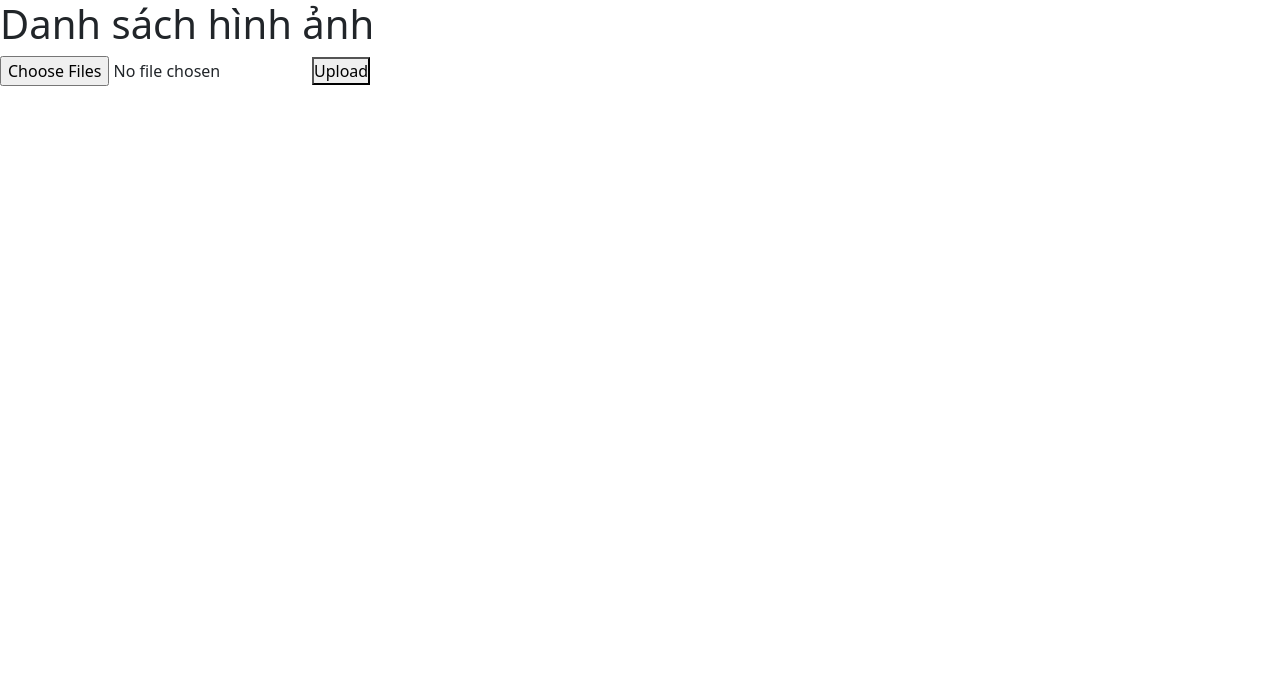
Repository: TinhTT336/MD02_Session14
Page: / (app in client/)
The author's editor kept a copy of each file at every save. The page is drawn from the files as they stood at one save, then again after the next save.
The browser window is 1280 px wide. The pictures show the whole page.
The page's requests for data from a server got no answer. The project was rebuilt for these pictures with package versions that can differ from the ones it lists, and the page was loaded fresh each time. No one was signed in, and anything a server would have sent is missing. Also part of the build but not shown: client/vite.config.js, client/src/components/register/RegisterWithImg.jsx, client/src/index.css.

Above is the page before, as saved 2023-09-14 11:09:30.

### client/index.html
<!DOCTYPE html>
<html lang="en">
  <head>
    <meta charset="UTF-8" />
    <link rel="icon" type="image/svg+xml" href="/vite.svg" />
    <meta name="viewport" content="width=device-width, initial-scale=1.0" />
    <title>Vite + React</title>
    <link
      href="https://cdn.jsdelivr.net/npm/bootstrap@5.0.2/dist/css/bootstrap.min.css"
      rel="stylesheet"
      integrity="sha384-EVSTQN3/azprG1Anm3QDgpJLIm9Nao0Yz1ztcQTwFspd3yD65VohhpuuCOmLASjC"
      crossorigin="anonymous"
    />
    <link
      rel="stylesheet"
      href="https://cdnjs.cloudflare.com/ajax/libs/font-awesome/6.4.2/css/all.min.css"
      integrity="sha512-z3gLpd7yknf1YoNbCzqRKc4qyor8gaKU1qmn+CShxbuBusANI9QpRohGBreCFkKxLhei6S9CQXFEbbKuqLg0DA=="
      crossorigin="anonymous"
      referrerpolicy="no-referrer"
    />
  </head>
  <body>
    <div id="root"></div>
    <script type="module" src="/src/main.jsx"></script>
  </body>
</html>

### client/src/App.jsx

import './App.css'
import UploadSingleFile from './components/UploadSingleFile'
import Register from './components/register/Register'
import RegisterWithImg from './components/register/RegisterWithImg'

function App() {

  return (
    <>
      <UploadSingleFile />
      {/* <Register /> */}
      {/* <RegisterWithImg /> */}
    </>
  )
}

export default App

### client/src/components/UploadSingleFile.jsx
import React, { useEffect, useState } from 'react'
import { storage } from "../firebase/configFirebase";
import { getDownloadURL, listAll, ref, uploadBytes } from 'firebase/storage';
import ReactPlayer from 'react-player'
// import React, { useState } from 'react';

export default function UploadSingleFile() {
    const [imageUpload, setImageUpload] = useState(null);
    const [imageUrls, setImageUrls] = useState([]);

    //tao 1 tham chieu den thu muc chua kho anh tren firebase
    const imageListRef = ref(storage, 'images/')

    // ham upload file len Firebase
    const uploadFiles = (files) => {
        //xu ly duoc tac vu them nhieu file=> bat dong bo=> su dung Promise
        Promise.all(files.map(file => {
            //tao 1 tham chieu <=>tao 1 folder tren firebase
            const imageRef = ref(storage, `images/${file.name}`);
            return uploadBytes(imageRef, file).then(snapshot => {
                return getDownloadURL(snapshot.ref);
            }).then(urls => {
                //tra ve danh sach cac URL
                setImageUrls((prev => [...prev, urls]))
            })
        }))
    }

    const handleSelectFiles = (e) => {
        //lay tat ca cac gia tri trong o input co type="file"
        const files = Array.from(e.target.files);
        // console.log(files);
        setImageUpload(files);
    }
    //khi click vao nut upload thi tien hanh upload len firebase
    const handleUpload = (e) => {
        if (!imageUpload) {
            return;
        } else {
            uploadFiles(imageUpload)
        }
    }

    // lay url tren firebase
    useEffect(() => {
        listAll(imageListRef).then(response => {
            //response tra ve la 1 mang danh sach cac URL
            response.items.forEach(item => {
                getDownloadURL(item).then(url => {
                    //danh sach url
                    setImageUrls((prev) => [...prev, url]);
                })
            })
        })
    }, []);

    return (
        <>
            <h1>Danh sách hình ảnh</h1>
            <div style={{ display: "flex", gap: 10, }}>
                {imageUrls.map(url => (
                    // <img src={url} alt="anh" key={url} height={200} width={200} style={{ objectFit: "cover" }} />
                    <ReactPlayer url={url} controls={true} />
                ))}
            </div >
            <input type="file" onChange={handleSelectFiles} multiple />
            <button onClick={handleUpload}>Upload</button>
        </>
    )
}

### client/src/firebase/configFirebase.js
import { initializeApp } from "firebase/app";
import { getStorage } from "firebase/storage";

const firebaseConfig = {
  apiKey: "AIzaSyD0Zt2OZZXnhp_y5Hbwztrgq-8yceFDboU",
  authDomain: "project-md02.firebaseapp.com",
  projectId: "project-md02",
  storageBucket: "project-md02.appspot.com",
  messagingSenderId: "1049986641086",
  appId: "1:1049986641086:web:83898ee5306dc048c982ef",
};

// Initialize Firebase - khoi tai firebase
const app = initializeApp(firebaseConfig);

//tao tham chieu den dich vu luu tru duoc su dung de tham chieu trong toan bo ung dung
const storage = getStorage(app);

// export ra ben ngoai de su dung
export { storage };

### client/src/components/register/Register.jsx
import React, { useState } from 'react';
import "./register.css";

export default function Register() {
    const [gender, setGender] = useState(0);

    // danh sach gender
    const listGender = [
        {
            id: 0,
            title: "Nam"
        },
        {
            id: 1,
            title: "Nữ"
        },
        {
            id: 2,
            title: "Khác"
        }
    ]

    const [user, setUser] = useState({
        user_name: '',
        gender: 0,
        dateOfBirth: "",
        email: '',
        address: "",
        password: '',
        role: 1,
        avatar: "",
        confirmPassword: "",
    });
    const [usernameError, setUsernameError] = useState("");
    const [emailError, setEmailError] = useState("");
    const [passwordError, setPasswordError] = useState("");
    const [confirmPasswordError, setConfirmPasswordError] = useState("");


    // ham validate du lieu
    const validateData = (nameInput, valueInput) => {
        switch (nameInput) {
            case "user_name":
                if (!valueInput) {
                    setUsernameError("Tên không được để trống");
                    return;
                } else {
                    setUsernameError("");
                    return;
                }
            case "email":
                if (!valueInput) {
                    setEmailError("Email không được để trống");
                    return;
                }
                else if (valueInput.test(/^[\w-\.]+@([\w-]+\.)+[\w-]{2,4}$/)) {
                    setEmailError("Email không đúng định dạng");
                } else {
                    setEmailError("");
                    return;
                }
            case "password":
                if (!valueInput) {
                    setPasswordError("Password không được để trống");
                    return;
                }
                else if (valueInput.length < 4) {
                    setPasswordError("Password tối thiểu 4 ký tự");
                } else {
                    setPasswordError("");
                    return;
                }
            case "confirmPassword":
                if (!valueInput) {
                    setConfirmPasswordError("Mật khẩu không được để trống")
                    return;
                } else if (valueInput !== user.password) {
                    setConfirmPasswordError("Mật khẩu không khớp");
                    return;
                } else {
                    setConfirmPasswordError("");
                }
                break;
            default:
                break;
        }
    }

    // ham lay du lieu tu o input
    const handleChange = (e) => {
        const { name, value } = e.target;
        validateData(name, value);
        setUser({ ...user, [name]: value });
    }

    // ham submit
    const handleSubmit = (e) => {
        e.preventDefault();
        validateData("user_name", user.user_name)
        validateData("email", user.email)
        validateData("password", user.password)
        validateData("confirmPassword", user.confirmPassword)
        // console.log(user);
        if (user.user_name && user.email && user.password && user.confirmPassword) {
            const newUser = {
                user_name,
                gender,
                dateOfBirth,
                email,
                address,
                password,
                role: 1,
                avatar,
            }
        }

    }
    return (
        <>
            <div className='container-login'>
                <form className='form-login' onSubmit={handleSubmit}>
                    <div className='d-flex justify-content-between align-items-center mb-2'>
                        <h3>Đăng ký</h3>
                        <div className='btn btn-close'></div>
                    </div>
                    <div className='d-flex justify-content-between gap-10'>
                        <div className='w-50 me-3'>
                            <div className='form-group mb-2'>
                                <label className='form-label' htmlFor="user_name">Tên đăng ký <span className="text-danger">*</span></label>
                                <input onChange={handleChange} className="form-control" type="text" name="user_name" id="user_name" placeholder='Nhập tên đăng ký'
                                />
                                {usernameError && <div className='text-err mt-1'>{usernameError}</div>}
                            </div>
                            <div className='form-group mb-2'>
                                <label className='form-label' htmlFor="email">Email <span className="text-danger">*</span></label>
                                <input onChange={handleChange} className="form-control" type="text" name="email" id="email"
                                    placeholder='Nhập email' />
                                {emailError && <div className='text-err mt-1'>{emailError}</div>}
                            </div>
                            <div className='d-flex flex-column'>
                                <label htmlFor="gender" className="form-label me-4">
                                    Giới tính
                                </label>
                                <div className='d-flex'>
                                    {listGender.map(g => (
                                        <div className="form-check me-3" key={g.id}>
                                            <input
                                                className="form-check-input"
                                                type="radio" checked={g.id === gender}
                                                name="gender" onChange={() => setGender(g.id)}
                                            />
                                            <label className="form-check-label" htmlFor="gender">{g.title}</label>
                                        </div>
                                    ))}
                                </div>
                            </div>
                            <div className='form-group mb-2 mt-2'>
                                <label className='form-label' htmlFor="dateOfBirth">Ngày sinh</label>
                                <input onChange={handleChange} className='form-control' type="date" name="dateOfBirth" id="dateOfBirth" placeholder='Nhập ngày sinh'
                                />
                            </div>
                        </div>
                        <div className='w-50'>
                            <div className='form-group mb-3'>
                                <label className='form-label' htmlFor="avatar">Ảnh đại diện</label>
                                <div></div>
                                <input className='form-control' type="file" name="avatar" id="avatar" placeholder='Chọn 1 ảnh đại diện'
                                />
                            </div>
                            <div className='form-group mb-3'>
                                <label className='form-label' htmlFor="address">Địa chỉ</label>
                                <input onChange={handleChange} className='form-control' type="text" name="address" id="address" placeholder='Nhập địa chỉ'
                                />
                            </div>
                            <div className='form-group mb-3'>
                                <label className='form-label' htmlFor="password">Mật khẩu <span className="text-danger">*</span></label>
                                <input onChange={handleChange} className="form-control" type="password" name="password" id="password" placeholder='Nhập mật khẩu'
                                />
                                {passwordError && <div className='text-err mt-1'>{passwordError}</div>}
                            </div>
                            <div className='form-group mb-3'>
                                <label className='form-label' htmlFor="confirmPassword">Xác nhận mật khẩu <span className="text-danger">*</span></label>
                                <input onChange={handleChange} className='form-control' type="password" name="confirmPassword" id="confirmPassword" placeholder='Nhập mật khẩu'
                                />
                                {confirmPasswordError && <div className='text-err mt-1'>{confirmPasswordError}</div>}
                            </div>
                        </div>
                    </div>
                    <div className='mb-2'>
                        <button className='btn btn-primary w-100'>Đăng ký</button>
                    </div>
                    <p className='p-2 text-center' >Bạn đã có tài khoản? <a href='#'>Đăng nhập</a> </p>

                </form>
            </div>
        </>
    )
}

### client/src/components/register/register.css
.container-login {
  position: fixed;
  top: 0;
  bottom: 0;
  left: 0;
  right: 0;
  background: rgba(0, 0, 0, 0.5);
  display: flex;
  align-items: center;
  justify-content: center;
}
.form-login {
  padding: 30px 20px;
  border: 1px solid #333;
  width: 700px;
  background-color: #fff;
  border-radius: 5px;
  box-shadow: 2px 8px 16px 2px rgba(0, 0, 0, 0.5);
}
.form-group {
  display: flex;
  flex-direction: column;
}
.form-label {
  font-weight: 600;
}
.text-err {
  color: red;
  font-style: italic;
  font-size: 14px;
}
/* .text-err.border-err {
  border-color: red;
} */

Loaded but not shown: client/src/main.jsx (common file); client/src/App.css (common file)

After the next save:
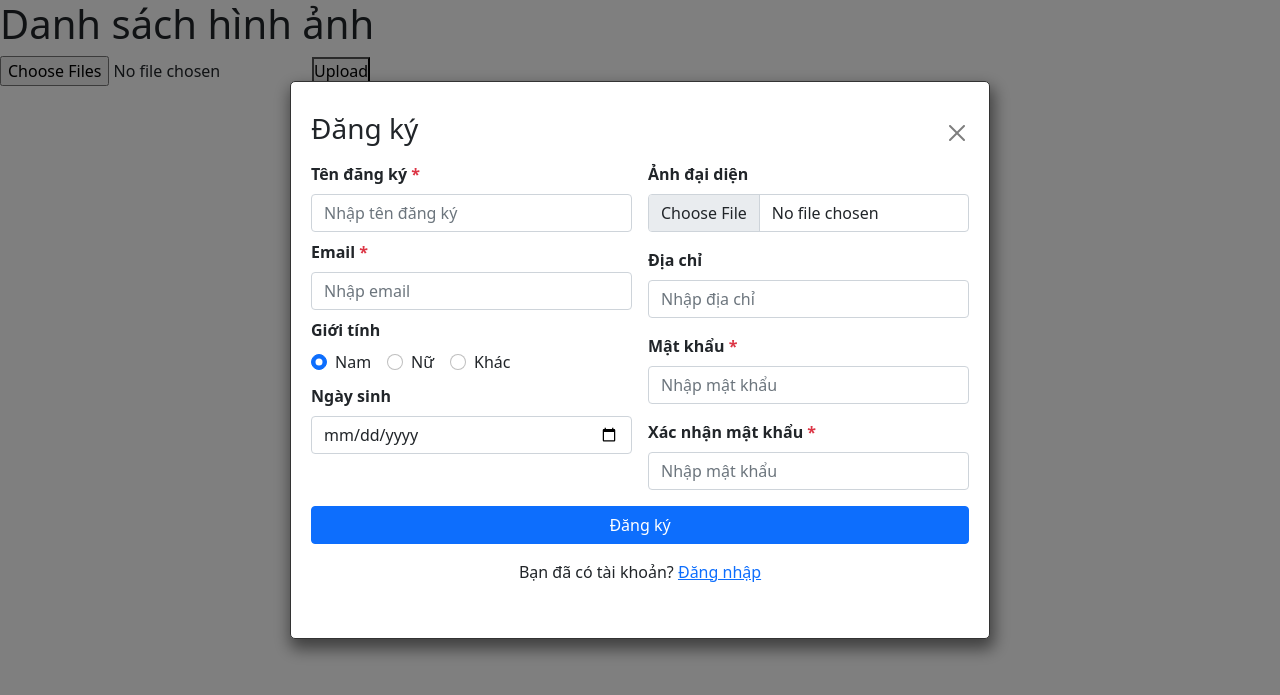
Saved 9 s later.
--- a/client/src/App.jsx
+++ b/client/src/App.jsx
@@ -9,7 +9,7 @@ function App() {
   return (
     <>
       <UploadSingleFile />
-      {/* <Register /> */}
+      <Register />
       {/* <RegisterWithImg /> */}
     </>
   )
